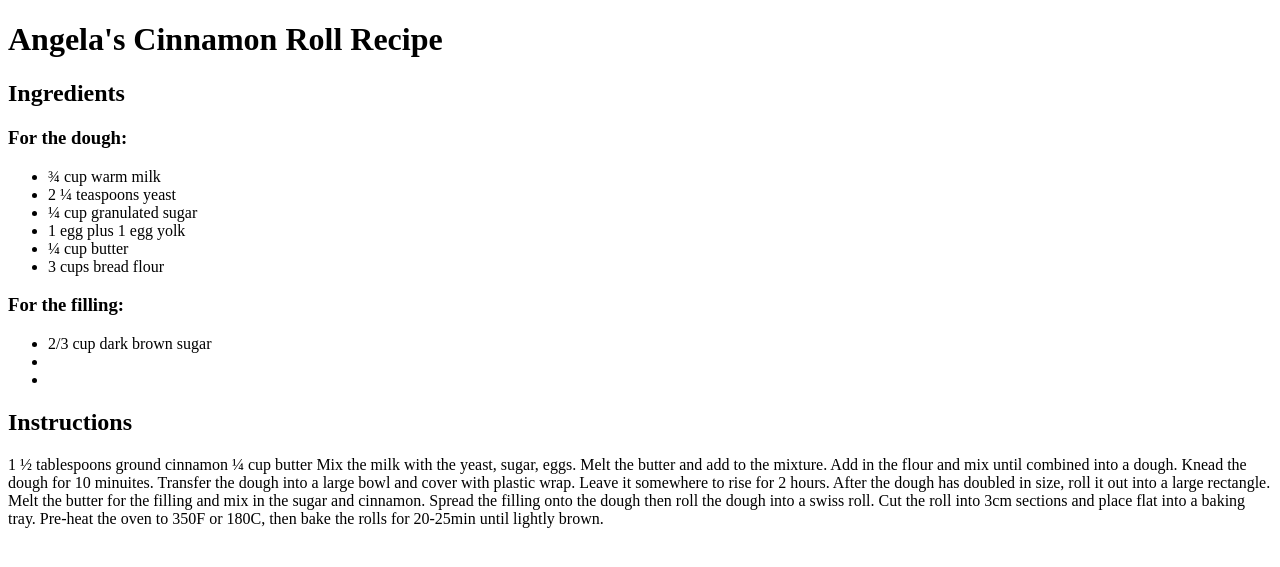
Repository: arzeee/Web_Course
Page: 3.0+List+Elements/3.0 List Elements/index.html
These files come from the project's save history. The page is drawn as it stood at one moment and after a run of saves; the edit follows.
The browser window is 1280 px wide. The pictures show the whole page.

Above is the page before, as saved 2024-12-01 17:52:55.

After the next 4 saves:
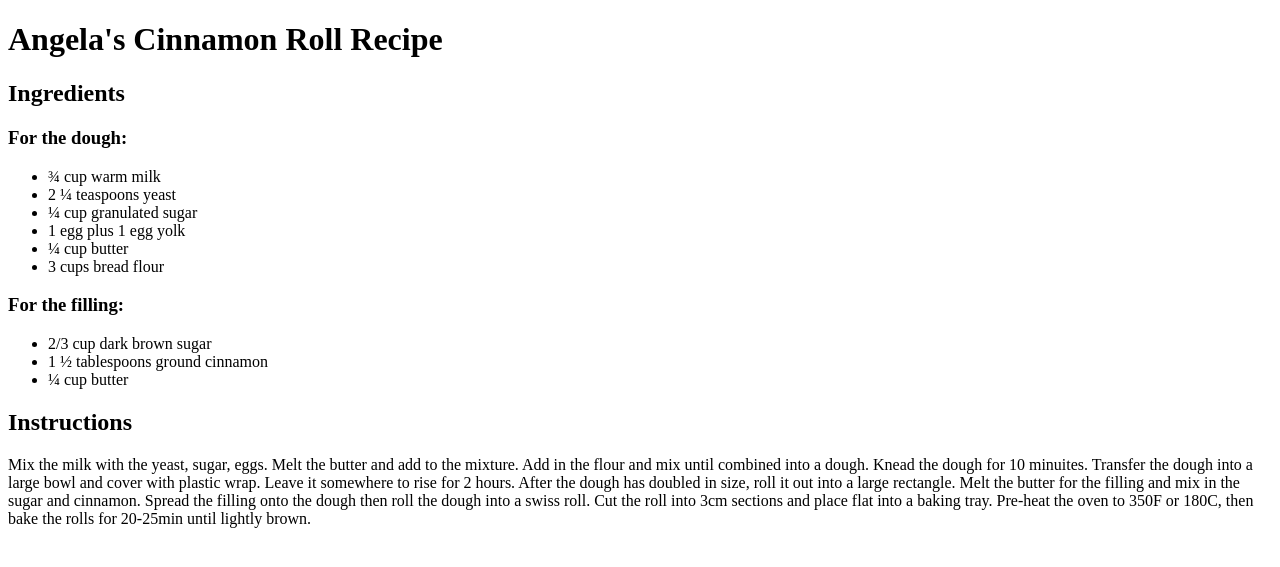
The 4 saves are shown as one change because they came seconds apart.
The last was saved 13 s later.
--- a/3.0+List+Elements/3.0 List Elements/index.html
+++ b/3.0+List+Elements/3.0 List Elements/index.html
@@ -23,8 +23,8 @@
     <h3>For the filling:</h3>
     <ul>
         <li>2/3 cup dark brown sugar </li>
-        <li></li>
-        <li></li>
+        <li>1 ½ tablespoons ground cinnamon</li>
+        <li>¼ cup butter</li>
     </ul>
 
     <h2>Instructions</h2>
@@ -33,8 +33,8 @@
 
 
 
-1 ½ tablespoons ground cinnamon
-¼ cup butter
+
+
 
 
 
